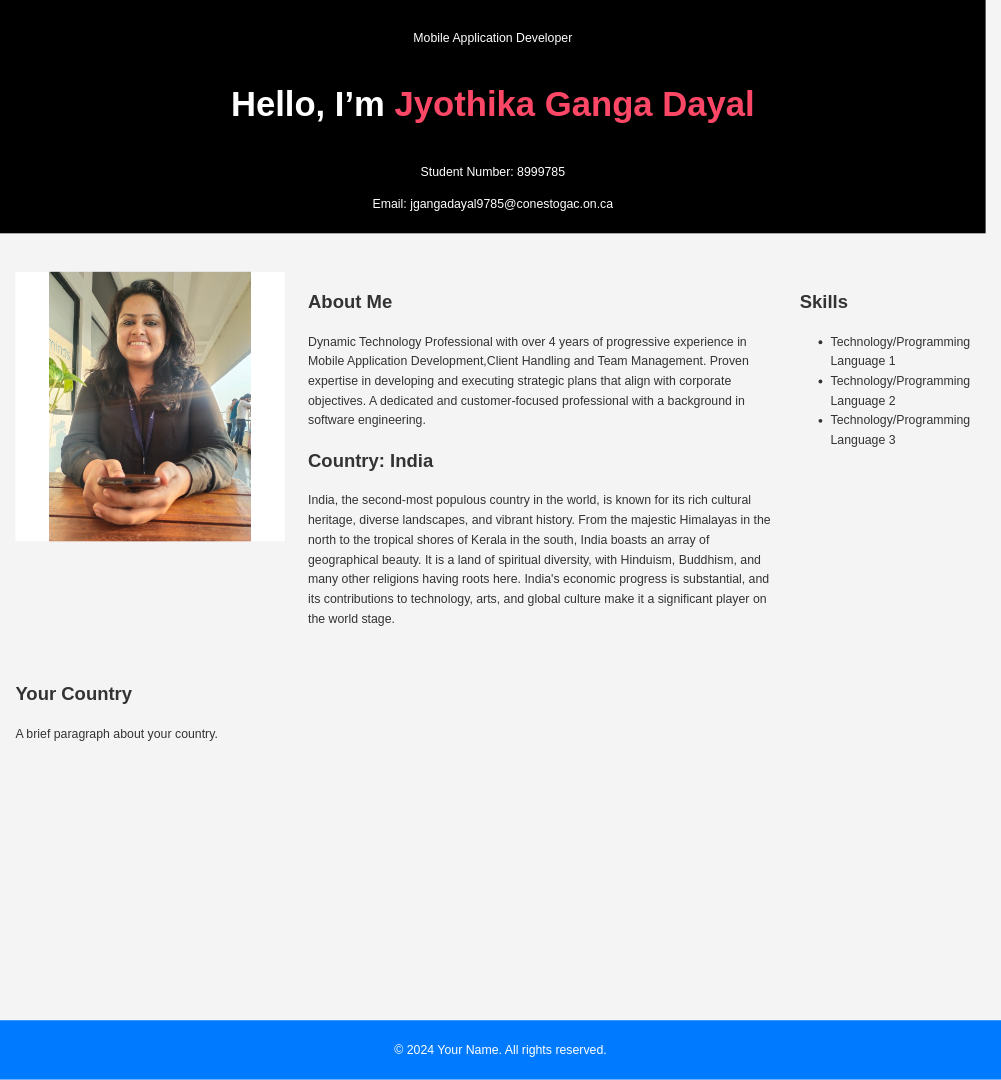
Repository: jyothika123/portfolio
Page: index.html
These files come from the project's save history. The page is drawn as it stood at one moment and after the next save; the edit follows.
The browser window is 1280 px wide. The page is 1300 px wide, so the pictures cover 1300 px, including what lies to the right of the window. The pictures show the whole page, at 77% of full size.
Pictures or frames that could not be fetched are drawn as grey boxes.

Above is the page before, as saved 2024-09-22 16:36:58.

### index.html
<!DOCTYPE html>
<html lang="en">
<head>
    <meta charset="UTF-8">
    <meta name="viewport" content="width=device-width, initial-scale=1.0">
    <link rel="stylesheet" href="css/style.css">
    <title>Jyothika Ganga Dayal</title>
</head>
<body>
    <header>
        <div class="content">
            <br>
            <span class="title">Mobile Application Developer</span>
            <h1>Hello, I’m <span>Jyothika Ganga Dayal</span></h1>
            <p>Student Number: 8999785</p>
            <p>Email: jgangadayal9785@conestogac.on.ca</p>
        </div>
    </header>
    <main>
        <section class="box">
            <section class="bio">
                <div>
                    <img src="images/image.PNG" alt="A photo representing me" class="profile">
                </div>
                <div>
                    <h2>About Me</h2>
                    <p>Dynamic Technology Professional with over 4 years of progressive experience
                        in Mobile Application Development,Client Handling and Team Management. Proven
                        expertise in developing and executing strategic plans that align with
                        corporate objectives. A dedicated and customer-focused professional with a
                        background in software engineering. </p>
                    <h2>Country: India</h2>
                    <p>India, the second-most populous country in the world, is known for its rich cultural heritage, diverse landscapes, and vibrant history. From the majestic Himalayas in the north to the tropical shores of Kerala in the south, India boasts an array of geographical beauty. It is a land of spiritual diversity, with Hinduism, Buddhism, and many other religions having roots here. India's economic progress is substantial, and its contributions to technology, arts, and global culture make it a significant player on the world stage.</p>

                </div>

            </section>
            <section>
                <h2>Skills</h2>
                <ul>
                    <li>Technology/Programming Language 1</li>
                    <li>Technology/Programming Language 2</li>
                    <li>Technology/Programming Language 3</li>
                </ul>
            </section>
            <section class="country">
                <h2>Your Country</h2>
                <p>A brief paragraph about your country.</p>
                <iframe width="560" height="315" src="https://www.youtube.com/embed/your_video_id"
                        title="Interesting video about me/country/skills"
                        frameborder="0" allowfullscreen></iframe>
            </section>
        </section>
    </main>
    <aside>

    </aside>
    <footer>
        <p>&copy; 2024 Your Name. All rights reserved.</p>
    </footer>
</body>
</html>

### css/style.css


body {
    font-family: Arial, sans-serif;
    line-height: 1.6;
    margin: 0;
    padding: 0;
    color: #333;
    background-color: #f4f4f4;
}

header {
    background: #000000;
    color: #fff;
    padding: 10px;
    text-align: center;
}

main {
    display: flex;
    justify-content: space-between;
    padding: 20px;
}

.bio {
    display: grid;
    grid-template-columns: 1fr 3fr;
    gap:30px;
}

.country {
    flex: 3;
}

footer {
    background: #007BFF;
    color: #fff;
    text-align: center;
    padding: 10px ;
    position: relative;
    bottom: 0;
    width: 100%;
}

.profile{
    width:350px;
    height: 350px;
}

.content h1 {
    color: #ffffff;
    font-size: 45px;
    font-weight: 900;
    line-height: 90px;
    text-transform: inherit;
    width: 100%;
  }
  .content h1 span {
    color: #fd4766;
  }
  .content p {
    width: 100%;
    color: #ffffff;
    margin-top: 5px;
    margin-bottom: 15px;
  }
  .box{
    margin-top: 30px;
    display: grid;
    grid-template-columns: 3.5fr 0.5fr;
    gap:30px;
  }

After the next save:
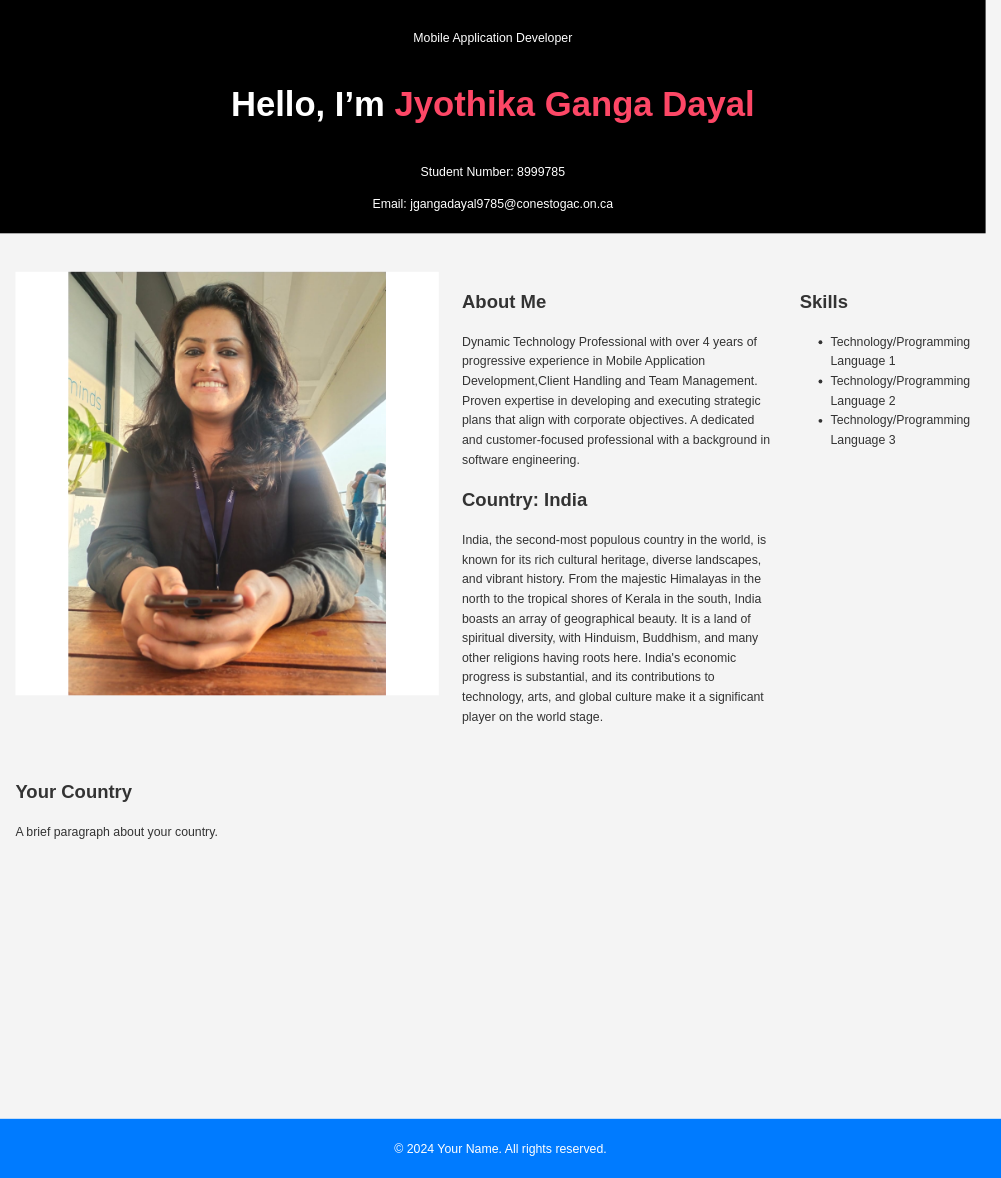
Saved 32 s later.
--- a/css/style.css
+++ b/css/style.css
@@ -43,8 +43,8 @@ footer {
 }
 
 .profile{
-    width:350px;
-    height: 350px;
+    width:550px;
+    height: 550px;
 }
 
 .content h1 {
